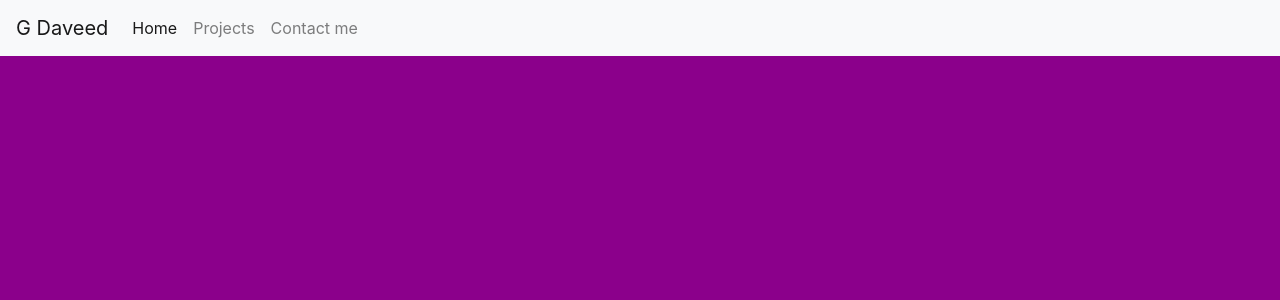
Repository: DaveedGangi/DaveedWebsite
Page: one.html
An editor plug-in stored every save of this project. The page is shown before and after the next save, followed by the edit.
The browser window is 1280 px wide. The pictures show the whole page.

Above is the page before, as saved 2023-09-25 11:53:54.

After the next save:
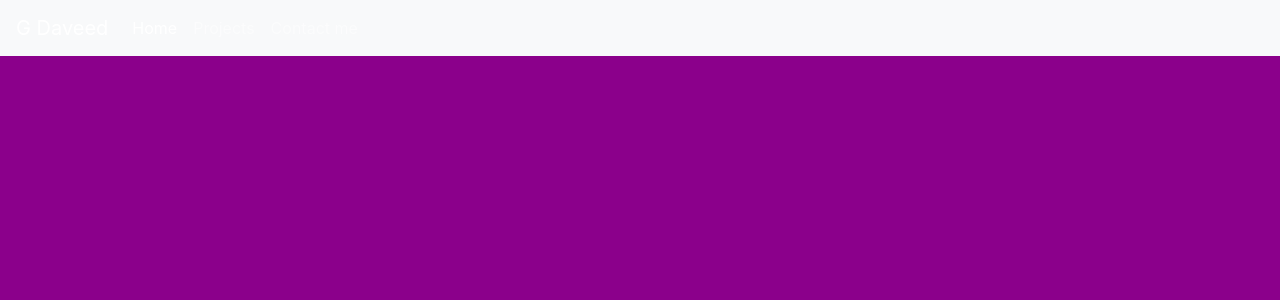
Saved 17 s later.
--- a/one.html
+++ b/one.html
@@ -11,7 +11,7 @@
 
 <body>
 <div class="bgcontainer">
-    <nav class="navbar navbar-expand-lg navbar-light bg-light">
+    <nav class="navbar navbar-expand-lg navbar-dark bg-light">
         <a class="navbar-brand" href="#">G Daveed</a>
         <button class="navbar-toggler" type="button" data-toggle="collapse" data-target="#navbarNavAltMarkup" aria-controls="navbarNavAltMarkup" aria-expanded="false" aria-label="Toggle navigation">
           <span class="navbar-toggler-icon"></span>
